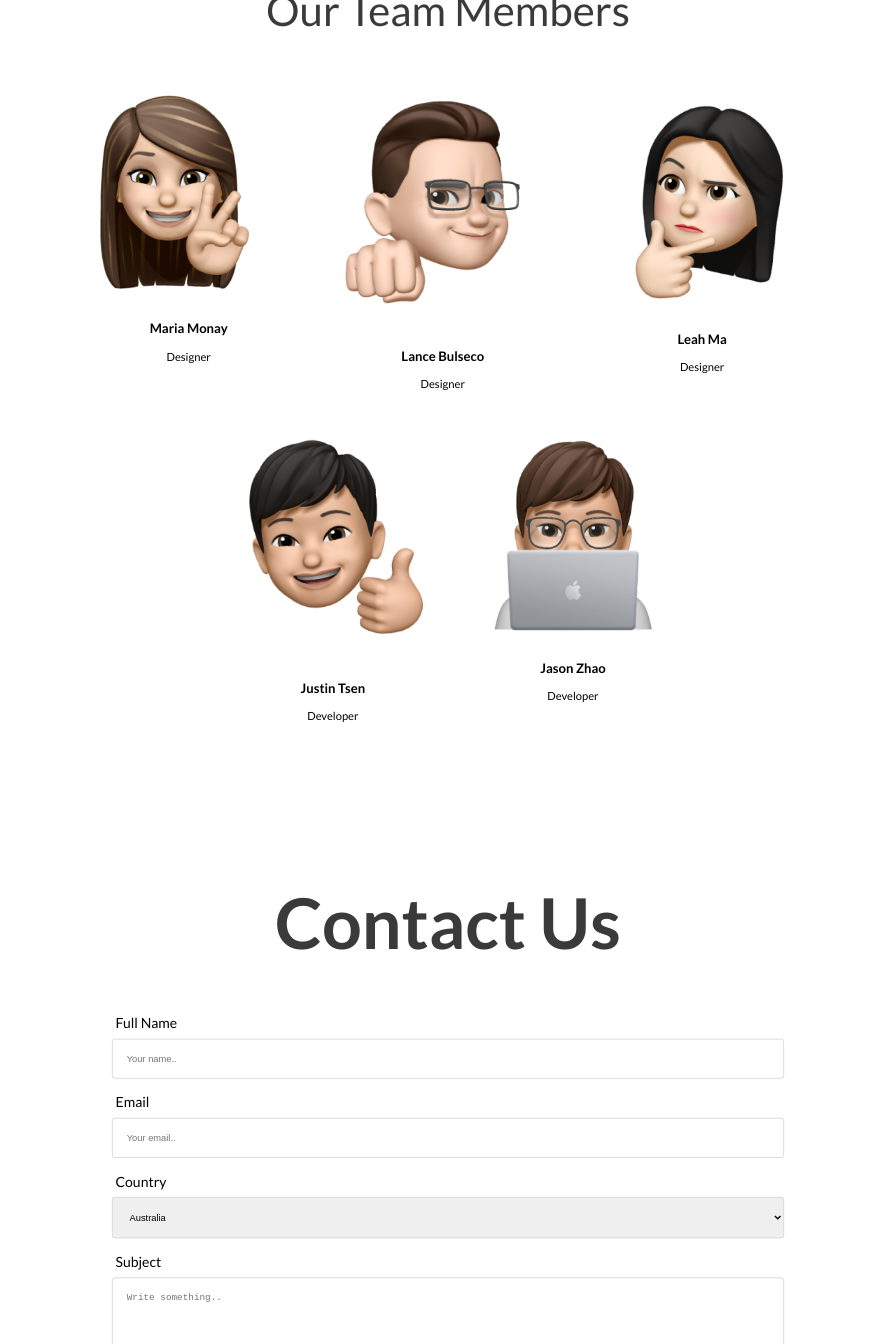
Repository: leahma1208/dinemaster
Page: index.html
An editor plug-in stored every save of this project. The page is shown before and after the next save, followed by the edit.
The browser window is 1280 px wide. The pictures show the part of the page from y = 4580 to 6500 px (the page is 6982 px tall before and 7022 px after), at 70% of full size.
A picture or video elsewhere on the page could not be fetched, so the positions and the page height are approximate.

Above is the page before, as saved 2021-05-07 13:31:21.

After the next save:
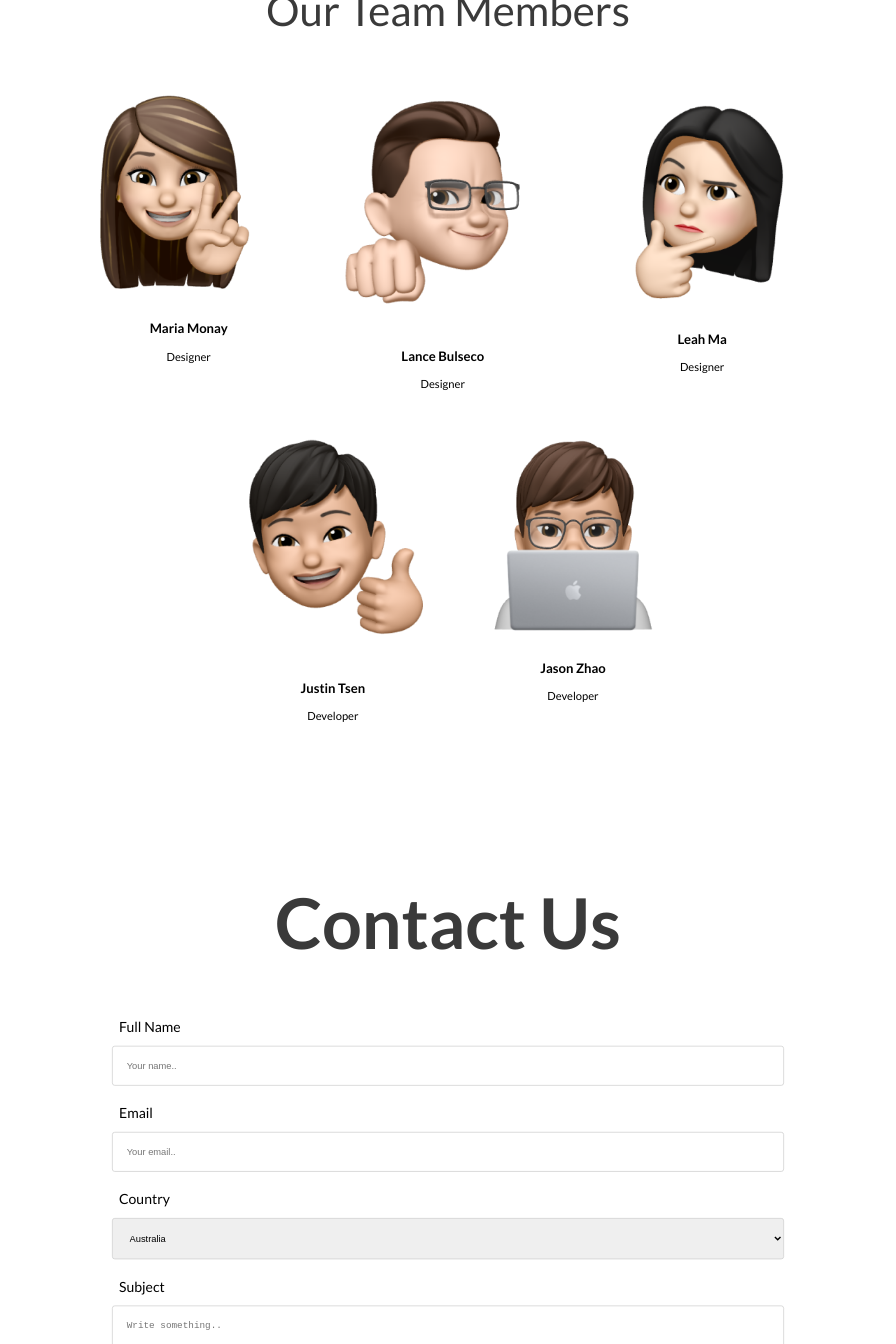
Saved 8 s later.
--- a/style.css
+++ b/style.css
@@ -219,12 +219,8 @@
 }
 
 label {
-  margin: 5px;
+  margin: 10px;
   font-size: 20px;
-}
-
-form > input {
-  margin-bottom: 500px;
 }
 
 .submit-button {

After the save that followed:
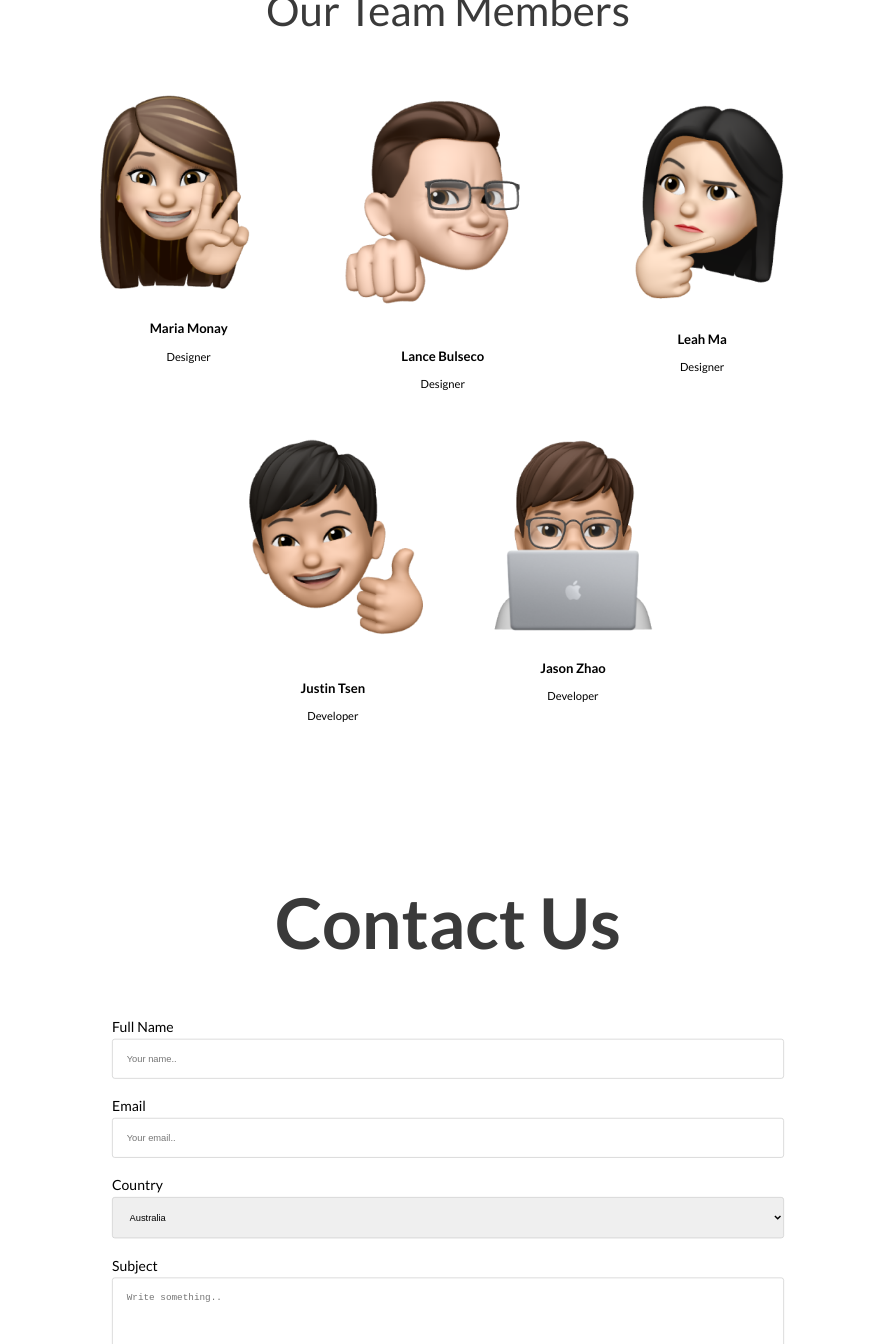
Saved 11 s later.
--- a/style.css
+++ b/style.css
@@ -219,7 +219,7 @@
 }
 
 label {
-  margin: 10px;
+  margin-top: 10px;
   font-size: 20px;
 }
 
